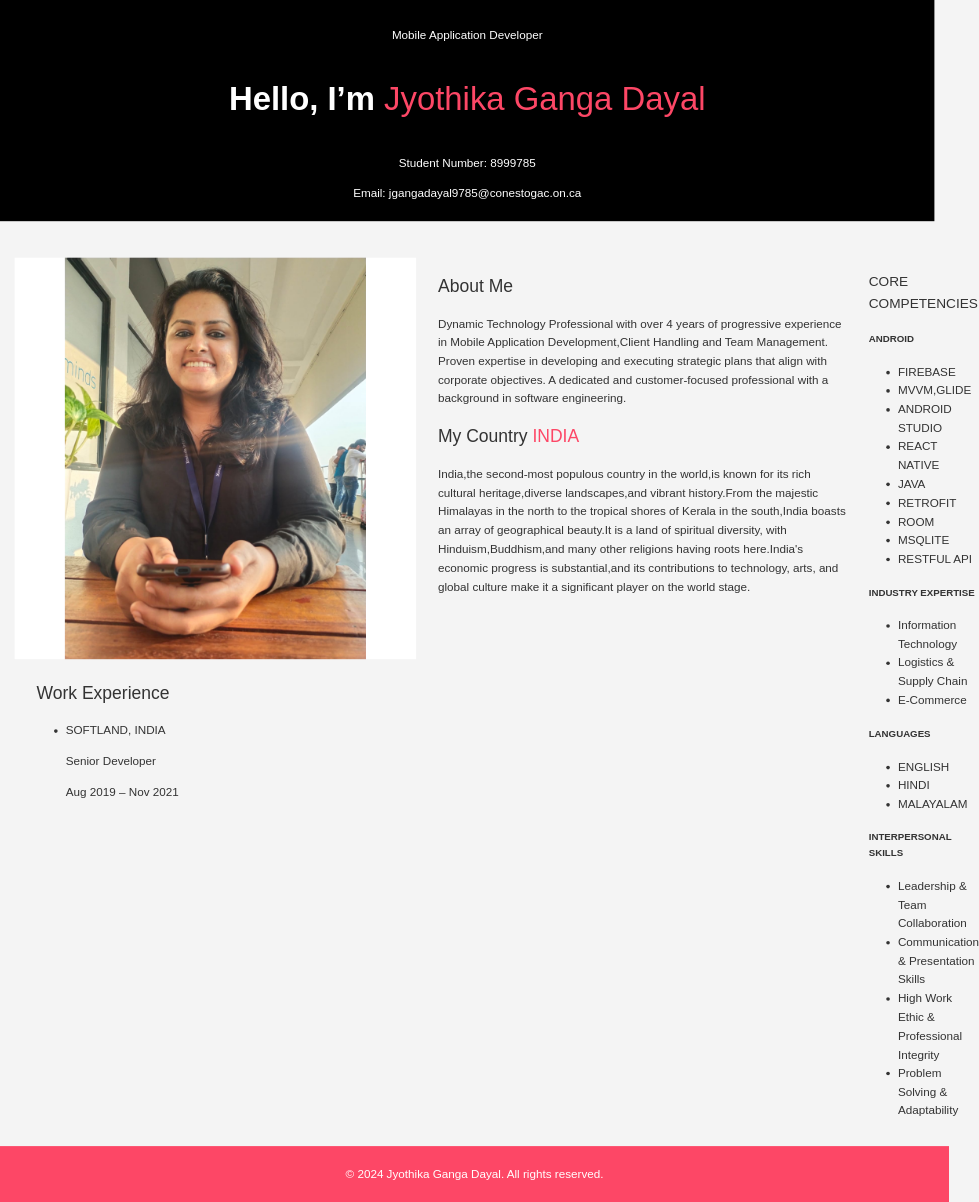
Repository: jyothika123/portfolio
Page: index.html
These files come from the project's save history. The page is drawn as it stood at one moment and after the next save; the edit follows.
The browser window is 1280 px wide. The page is 1341 px wide, so the pictures cover 1341 px, including what lies to the right of the window. The pictures show the whole page, at 73% of full size.
Pictures or frames that could not be fetched are drawn as grey boxes. Some web fonts or font styles are not loaded; a fallback is used.

Above is the page before, as saved 2024-09-22 20:11:51.

### index.html
<!DOCTYPE html>
<html lang="en">
<head>
    <meta charset="UTF-8">
    <meta name="viewport" content="width=device-width, initial-scale=1.0">
    <link rel="stylesheet" href="css/style.css">
    <title>Jyothika Ganga Dayal</title>
    <link rel="preconnect" href="https://fonts.googleapis.com">
    <link rel="preconnect" href="https://fonts.gstatic.com" crossorigin>
    <link href="https://fonts.googleapis.com/css2?family=Anton+SC&display=swap" rel="stylesheet">
</head>
<body>
    <header>
        <div class="content">
            <br>
            <span class="title">Mobile Application Developer</span>
            <h1>Hello, I’m <span class="anton-sc-regular">Jyothika Ganga Dayal</span></h1>
            <p>Student Number: 8999785</p>
            <p>Email: jgangadayal9785@conestogac.on.ca</p>
        </div>
    </header>
    <main>
        <section class="box">
            <section class="bio">
                <div>
                    <img src="images/image.PNG" alt="A photo representing me" class="profile">
                    <div class="experience" >
                        <h2 class="anton-sc-regular">Work Experience</h2>
                        <ul >
                            <li class="anton-sc-regular">SOFTLAND, INDIA
                               <p>Senior Developer</p>
                               <p>Aug 2019 – Nov 2021</p>
                            </li>
                        </ul>
                    </div>
                </div>
                <div>
                    <h2 class="anton-sc-regular">About Me</h2>
                    <p>Dynamic Technology Professional with over 4 years of progressive experience
                        in Mobile Application Development,Client Handling and Team Management. Proven
                        expertise in developing and executing strategic plans that align with
                        corporate objectives. A dedicated and customer-focused professional with a
                        background in software engineering. </p>
                    <h2 class="anton-sc-regular">My Country <span class="country">INDIA</span> </h2>
                    <p>India,the second-most populous country in the world,is known for its rich cultural heritage,diverse landscapes,and vibrant history.From the majestic Himalayas in the north to the tropical shores of Kerala in the south,India boasts an array of geographical beauty.It is a land of spiritual diversity, with Hinduism,Buddhism,and many other religions having roots here.India's economic progress is substantial,and its contributions to technology, arts, and global culture make it a significant player on the world stage.</p>
                    <iframe width="560" height="315" src="https://www.youtube.com/embed/S-A1upowdJI?si=CN6QXoWvff-tpz_o" title="YouTube video player" frameborder="0" allow="accelerometer; autoplay; clipboard-write; encrypted-media; gyroscope; picture-in-picture; web-share" referrerpolicy="strict-origin-when-cross-origin" allowfullscreen></iframe>
                </div>

            </section>

            <section>
                <h3 class="anton-sc-regular">CORE COMPETENCIES</h3>
                <h5>ANDROID </h5>
                <ul>
                    <li>FIREBASE</li>
                    <li>MVVM,GLIDE</li>
                    <li>ANDROID STUDIO</li>
                    <li>REACT NATIVE</li>
                    <li>JAVA</li>
                    <li>RETROFIT</li>
                    <li>ROOM</li>
                    <li>MSQLITE</li>
                    <li>RESTFUL API</li>
                </ul>
                <h5>INDUSTRY EXPERTISE</h5>
                <ul>
                    <li>Information Technology</li>
                    <li>Logistics & Supply Chain</li>
                    <li>E-Commerce</li>
                </ul>
                <h5>LANGUAGES</h5>
                <ul>
                    <li>ENGLISH</li>
                    <li>HINDI</li>
                    <li>MALAYALAM</li>
                </ul>
                <h5>INTERPERSONAL SKILLS</h5>
                <ul>
                    <li>Leadership & Team Collaboration</li>
                    <li>Communication & Presentation Skills</li>
                    <li> High Work Ethic & Professional Integrity</li>
                    <li>Problem Solving & Adaptability</li>
                </ul>
            </section>
            <!-- <section class="country">
                <h2>Your Country</h2>
                <p>A brief paragraph about your country.</p>
                <iframe width="560" height="315" src="https://www.youtube.com/embed/your_video_id"
                        title="Interesting video about me/country/skills"
                        frameborder="0" allowfullscreen></iframe>
            </section> -->
        </section>

    </main>
    <footer>
        <p>&copy; 2024 Jyothika Ganga Dayal. All rights reserved.</p>
    </footer>
</body>
</html>

### css/style.css


body {
    font-family: Arial, sans-serif;
    line-height: 1.6;
    margin: 0;
    padding: 0;
    color: #333;
    background-color: #f4f4f4;
}

header {
    background: #000000;
    color: #fff;
    padding: 10px;
    text-align: center;
}

main {
    display: flex;
    justify-content: space-between;
    padding: 20px;
}

.bio {
    display: grid;
    grid-template-columns: 1fr 3fr;
    gap:30px;
}

.country {
    flex: 3;
}

footer {
    background: #fd4766;
    color: #fff;
    text-align: center;
    padding: 10px ;
    position: relative;
    bottom: 0;
    width: 100%;
}

.profile{
    width:550px;
    height: 550px;
}

.content h1 {
    color: #ffffff;
    font-size: 45px;
    font-weight: 900;
    line-height: 90px;
    text-transform: inherit;
    width: 100%;
  }
  .content h1 span {
    color: #fd4766;
  }
  .content p {
    width: 100%;
    color: #ffffff;
    margin-top: 5px;
    margin-bottom: 15px;
  }
  .box{
    margin-top: 30px;
    display: grid;
    grid-template-columns: 3.2fr 0.8fr;
    gap:30px;
  }
  .country{
    color: #fd4766;
  }
  .experience{
    margin-left: 30px;

  }
  .anton-sc-regular {
    font-family: "Anton SC", sans-serif;
    font-weight: 400;
    font-style: normal;
  }

After the next save:
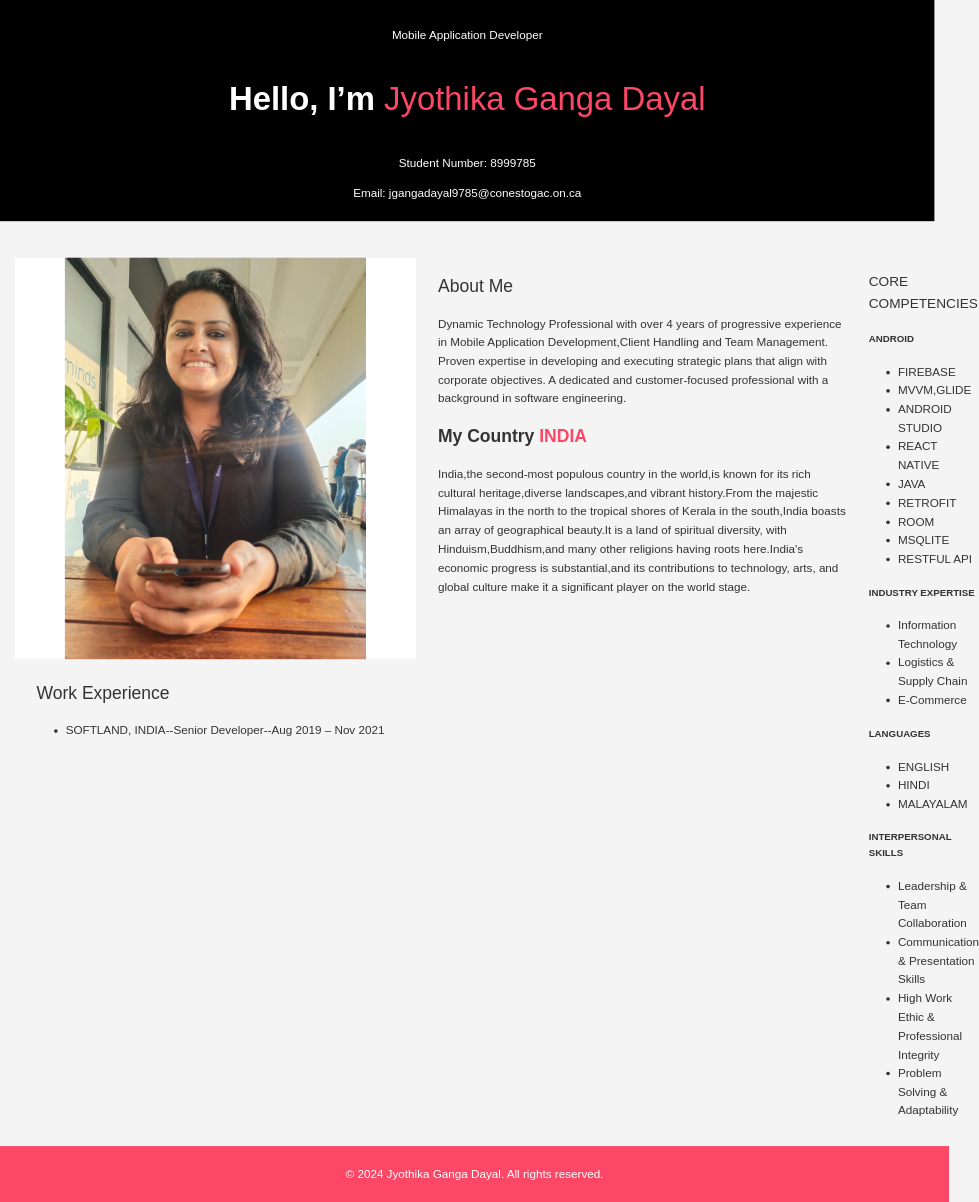
Saved 54 s later.
--- a/index.html
+++ b/index.html
@@ -27,10 +27,7 @@
                     <div class="experience" >
                         <h2 class="anton-sc-regular">Work Experience</h2>
                         <ul >
-                            <li class="anton-sc-regular">SOFTLAND, INDIA
-                               <p>Senior Developer</p>
-                               <p>Aug 2019 – Nov 2021</p>
-                            </li>
+                            <li class="anton-sc-regular">SOFTLAND, INDIA--Senior Developer--Aug 2019 – Nov 2021</li>
                         </ul>
                     </div>
                 </div>
@@ -41,7 +38,7 @@
                         expertise in developing and executing strategic plans that align with
                         corporate objectives. A dedicated and customer-focused professional with a
                         background in software engineering. </p>
-                    <h2 class="anton-sc-regular">My Country <span class="country">INDIA</span> </h2>
+                    <h2 >My Country <span class="country">INDIA</span> </h2>
                     <p>India,the second-most populous country in the world,is known for its rich cultural heritage,diverse landscapes,and vibrant history.From the majestic Himalayas in the north to the tropical shores of Kerala in the south,India boasts an array of geographical beauty.It is a land of spiritual diversity, with Hinduism,Buddhism,and many other religions having roots here.India's economic progress is substantial,and its contributions to technology, arts, and global culture make it a significant player on the world stage.</p>
                     <iframe width="560" height="315" src="https://www.youtube.com/embed/S-A1upowdJI?si=CN6QXoWvff-tpz_o" title="YouTube video player" frameborder="0" allow="accelerometer; autoplay; clipboard-write; encrypted-media; gyroscope; picture-in-picture; web-share" referrerpolicy="strict-origin-when-cross-origin" allowfullscreen></iframe>
                 </div>
